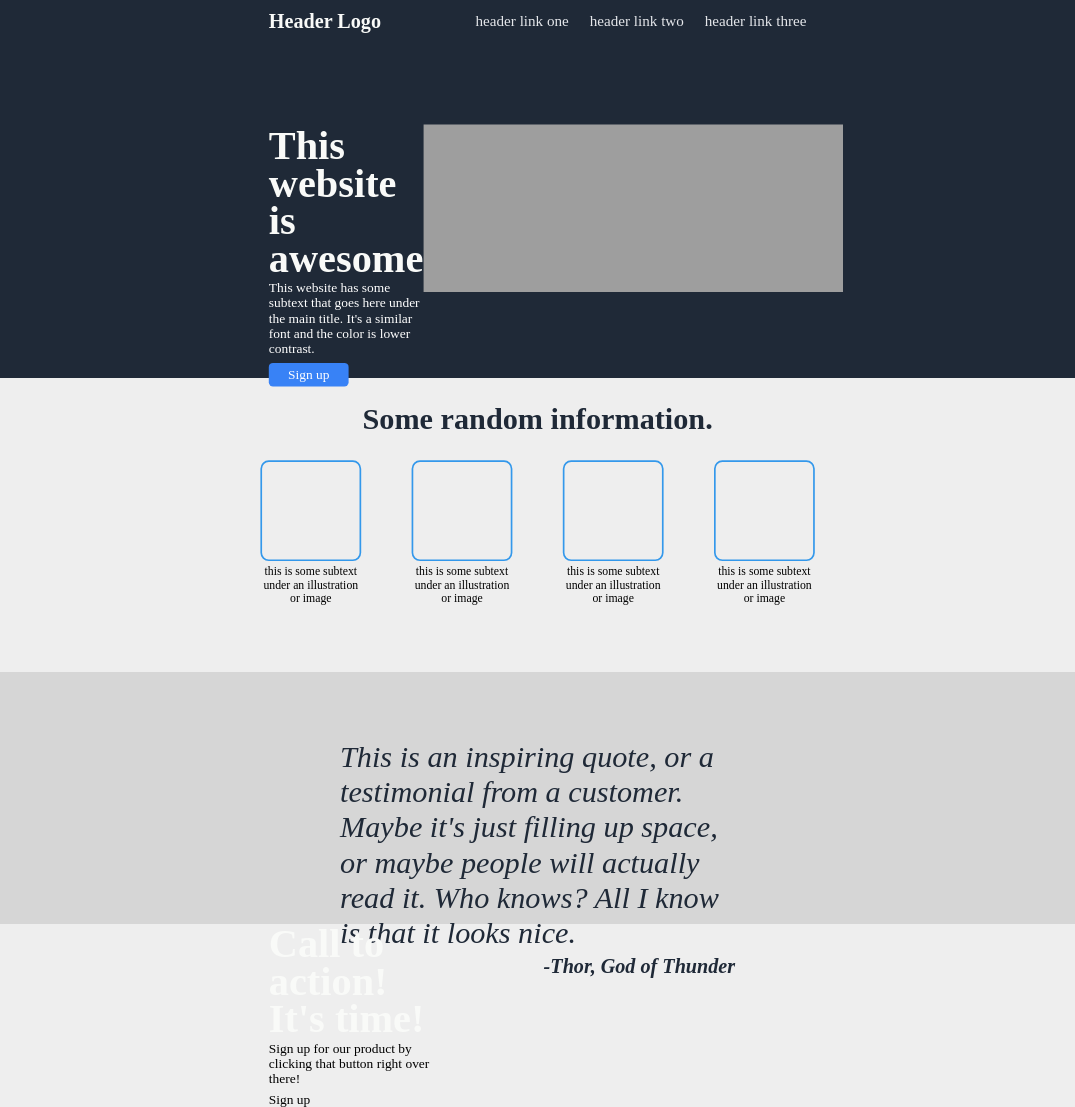
Repository: Pafestivo/Dummy-Landing-Page
Page: index.html
The author's editor kept a copy of each file at every save. The page is drawn from the files as they stood at one save, then again after the next save.
The browser window is 1280 px wide. The pictures show the whole page, at 84% of full size.
Pictures or frames that could not be fetched are drawn as grey boxes.

Above is the page before, as saved 2022-09-26 19:26:35.

After the next save:
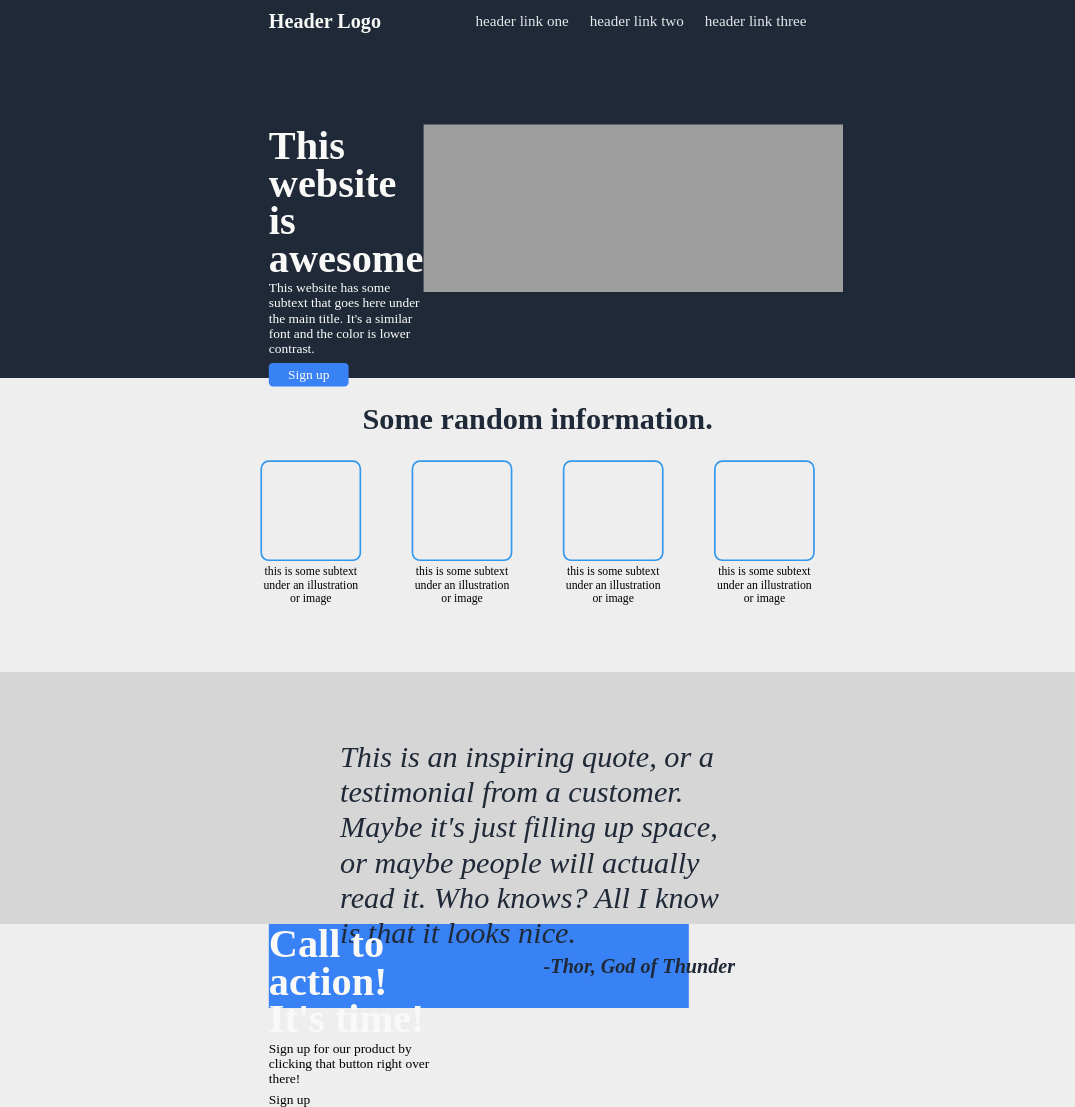
Saved 14 s later.
--- a/styles.css
+++ b/styles.css
@@ -166,5 +166,6 @@ right p {
 .coa {
   width: 500px;
   height: 100px;
+  background-color: #3882F6;
 }
 /* End fourth section */
